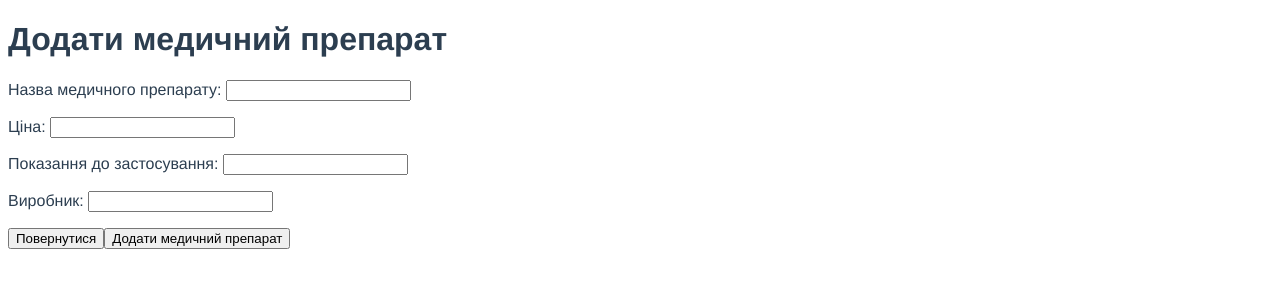
Repository: kristinap8/pharmacy
Page: /add_medicine
The author's editor kept a copy of each file at every save. The page is drawn from the files as they stood at one save, then again after the next save.
The browser window is 1280 px wide. The pictures show the whole page.
The project was rebuilt for these pictures with package versions that can differ from the ones it lists, and the page was loaded fresh each time. Also part of the build but not shown: src/components/EditMedicineForm/index.vue, src/pages/EditMedicine/index.vue, src/components/MedicinesList/MedicineCard/index.vue, src/components/MedicinesList/index.vue, src/pages/AllMedicines/index.vue, src/components/CartForm/index.vue, src/pages/Cart/index.vue.

Above is the page before, as saved 2020-12-09 23:14:18.

After the next save:
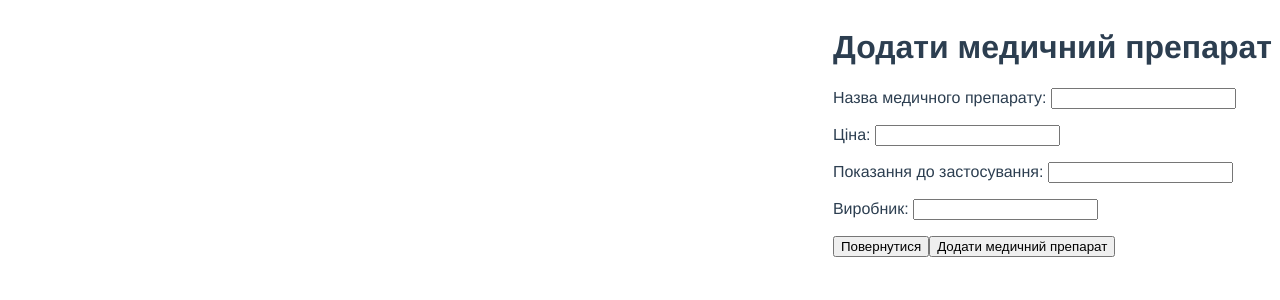
Saved 90 s later.
--- a/src/components/AddMedicineForm/index.vue
+++ b/src/components/AddMedicineForm/index.vue
@@ -1,5 +1,5 @@
 <template>
-    <div>
+    <div class="form" >
         <h1>Додати медичний препарат</h1>
     <p>
     <label>
@@ -64,5 +64,7 @@
 </script>
 
 <style lang="scss" scoped>
-
+.form{
+    float:right
+}
 </style>

After the save that followed:
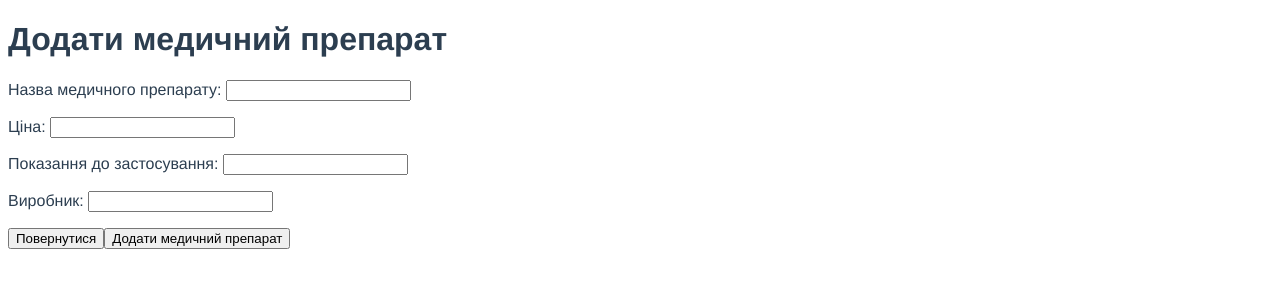
Saved 15 s later.
--- a/src/components/AddMedicineForm/index.vue
+++ b/src/components/AddMedicineForm/index.vue
@@ -65,6 +65,6 @@
 
 <style lang="scss" scoped>
 .form{
-    float:right
+    float:center
 }
 </style>
